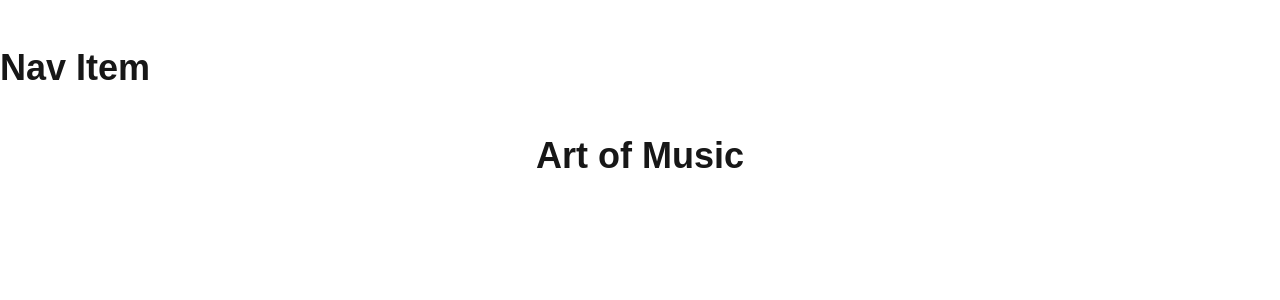
Repository: Strong02coder/Art_of_Music-Next.Js-
Page: /
The author's editor kept a copy of each file at every save. The page is drawn from the files as they stood at one save, then again after a run of saves.
The browser window is 1280 px wide. The pictures show the whole page.
The project was rebuilt for these pictures with package versions that can differ from the ones it lists, and the page was loaded fresh each time. The framework's server and built-in components were replaced by stand-ins that run in the browser. Also part of the build but not shown: next.config.ts.

Above is the page before, as saved 2025-01-28 19:27:19.

After the next 2 saves:
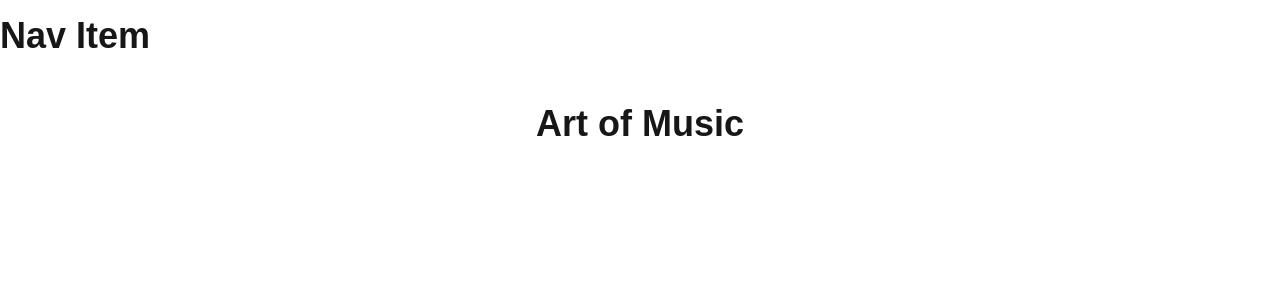
The 2 saves are shown as one change because they came seconds apart.
The last was saved 11 s later.
--- a/src/app/layout.tsx
+++ b/src/app/layout.tsx
@@ -25,7 +25,7 @@
   return (
     <html lang="en">
       <body className={`${geistSans.variable} ${geistMono.variable} antialiased`}>
-				<h1 className="text-4xl font-bold mt-12">Nav Item</h1>
+				<h1 className="text-4xl font-bold mt-4">Nav Item</h1>
         {children}
       </body>
     </html>
